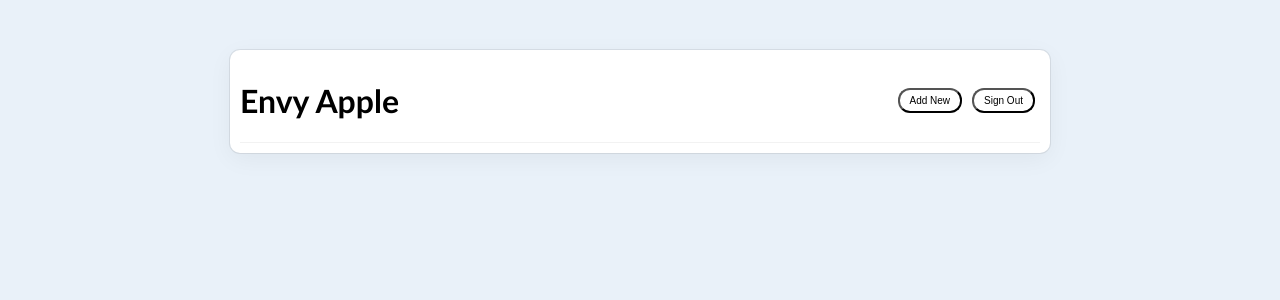
Repository: mosesvk/_todo
Page: / (app in client/)
An editor plug-in stored every save of this project. The page is shown before and after the next save, followed by the edit.
The browser window is 1280 px wide. The pictures show the whole page.
The page's requests for data from a server got no answer. The project was rebuilt for these pictures with package versions that can differ from the ones it lists, and the page was loaded fresh each time. No one was signed in, and anything a server would have sent is missing. Also part of the build but not shown: client/vite.config.js, client/src/components/ProgressBar.jsx, client/src/components/ListItem.jsx. Imported but missing from the stored project, and not drawn on this page: client/src/components/TickIcon.

Above is the page before, as saved 2023-05-01 19:08:21.

### client/src/App.jsx
import { useState, useEffect } from 'react'
import ListHeader from './components/ListHeader'
import ListItem from './components/ListItem'

const App = () => {
  const userEmail = 'test@test.com'
  const [tasks, setTasks] = useState(null)

  const getData = async () => {

    try {
      const response = await fetch(`http://localhost:8000/todos/${userEmail}`)
      const json = await response.json()
      setTasks(json)
    } catch (err) {
      console.error(err)
    }
  }

  useEffect(() => {
    getData()
  }, [])

  // console.log(tasks)

  const sortedTasks = tasks?.sort((a, b) => new Date(a.date) - new Date(b.date))

  return (
    <div className='app'>
      <ListHeader listName='Envy Apple' />
      {sortedTasks?.map((task) => <ListItem key={task.id} task={task} />)}
    </div>
  )
}

export default App

### client/src/index.css
body {
    margin: 0;
    padding: 0;
    background-color: #e9f1f9;
    display: flex;
    justify-content: center;
    font-family: 'Trebuchet MS', Arial, sans-serif
}

.app {
    background-color: #ffffff;
    box-shadow: #0000000d 0 6px 24px, #00000014 0 0 0 1px;
    border-radius: 10px;
    padding: 10px;
    width: 800px;
    margin: 50px;
}

.button-container, .info-container {
    display: flex;
    align-items: center;
}

.button-container button {
    margin: 0 5px;
    padding: 5px 10px;
    font-size: 10px;
    border-radius: 12px;
    background-color: transparent;
    cursor: pointer;
}

.list-header {
    width: 100%;
    display: flex;
    justify-content: space-between;
    border-bottom: #0000000d 1px solid
}

.list-item {
    width: 100%;
    margin: 10px 0;
    border-radius: 10px;
    box-shadow: #00000014 0 0 0 1px;
    display: flex;
    justify-content: space-between;
}

.check {
    stroke: "#5dac83"!important;
    margin-right: 10px
}

### client/src/components/ListHeader.jsx
import React from 'react'

const ListHeader = ({listName}) => {

  const signOut = () => {
    console.log('signout')
  }

  return (
    <div className='list-header'>
      <h1>{listName}</h1>
      <div className="button-container">
        <button className="create">Add New</button>
        <button className="signout" onClick={signOut}>Sign Out</button>
      </div>
    </div>
  )
}

export default ListHeader

Loaded but not shown: client/index.html (common file); client/src/main.jsx (common file)

After the next save:
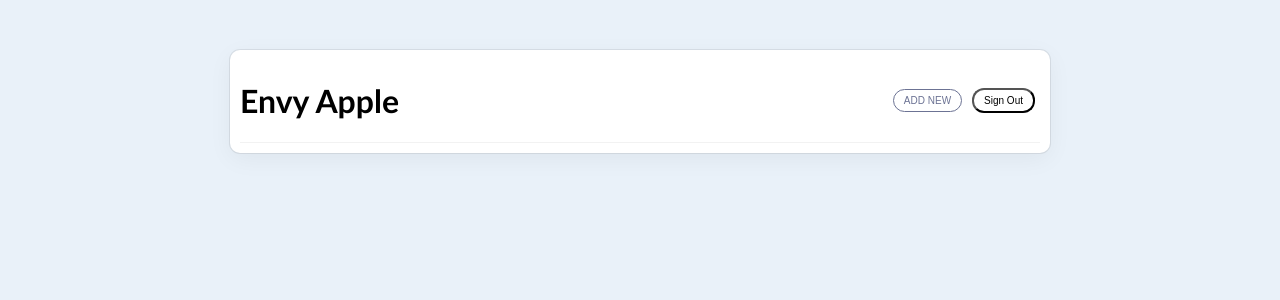
Saved 10 min 1 s later.
--- a/client/src/index.css
+++ b/client/src/index.css
@@ -1,52 +1,103 @@
 body {
-    margin: 0;
-    padding: 0;
-    background-color: #e9f1f9;
-    display: flex;
-    justify-content: center;
-    font-family: 'Trebuchet MS', Arial, sans-serif
+  margin: 0;
+  padding: 0;
+  background-color: #e9f1f9;
+  display: flex;
+  justify-content: center;
+  font-family: 'Trebuchet MS', Arial, sans-serif;
 }
 
 .app {
-    background-color: #ffffff;
-    box-shadow: #0000000d 0 6px 24px, #00000014 0 0 0 1px;
-    border-radius: 10px;
-    padding: 10px;
-    width: 800px;
-    margin: 50px;
+  background-color: #ffffff;
+  box-shadow: #0000000d 0 6px 24px, #00000014 0 0 0 1px;
+  border-radius: 10px;
+  padding: 10px;
+  width: 800px;
+  margin: 50px;
 }
 
-.button-container, .info-container {
-    display: flex;
-    align-items: center;
+.button-container,
+.info-container {
+  display: flex;
+  align-items: center;
 }
 
 .button-container button {
-    margin: 0 5px;
-    padding: 5px 10px;
-    font-size: 10px;
-    border-radius: 12px;
-    background-color: transparent;
-    cursor: pointer;
+  margin: 0 5px;
+  padding: 5px 10px;
+  font-size: 10px;
+  border-radius: 12px;
+  background-color: transparent;
+  cursor: pointer;
 }
 
+
+.edit {
+    border: 1.5px solid #8db591;
+    color: #8db591;
+    text-transform: uppercase;
+}
+
+.edit:hover {
+    background-color: #b6dfba;
+}
+
+.edit:active {
+    border: 1.5px solid rgb(141, 181, 145);
+    color: rgb(255, 255, 255);
+    background-color: rgb(141, 181, 145);
+}
+
+.delete {
+    border: 1.5px solid rgb(255, 175, 163);
+    color: rgb(255, 175, 163);
+    text-transform: uppercase;
+}
+
+.delete:hover {
+    background-color: rgb(255, 201, 193);
+}
+
+.delete:active {
+    background-color: rgb(255, 175, 163);
+    color: rgb(255, 255, 255);
+}
+
+.create {
+    border: 1.5px solid rgb(108, 115, 148);
+    color: rgb(108, 115, 148);
+    text-transform: uppercase;
+}
+
+.create:hover {
+    background-color: rgb(131, 138, 172);
+}
+
+.create:active {
+    background-color: rgb(108, 115, 148);
+    color: rgb(255, 255, 255);
+}
+
+
+/* List Header  */
+
 .list-header {
-    width: 100%;
-    display: flex;
-    justify-content: space-between;
-    border-bottom: #0000000d 1px solid
+  width: 100%;
+  display: flex;
+  justify-content: space-between;
+  border-bottom: #0000000d 1px solid;
 }
 
 .list-item {
-    width: 100%;
-    margin: 10px 0;
-    border-radius: 10px;
-    box-shadow: #00000014 0 0 0 1px;
-    display: flex;
-    justify-content: space-between;
+  width: 100%;
+  margin: 10px 0;
+  border-radius: 10px;
+  box-shadow: #00000014 0 0 0 1px;
+  display: flex;
+  justify-content: space-between;
 }
 
 .check {
-    stroke: "#5dac83"!important;
-    margin-right: 10px
+  stroke: '#5dac83' !important;
+  margin-right: 10px;
 }
